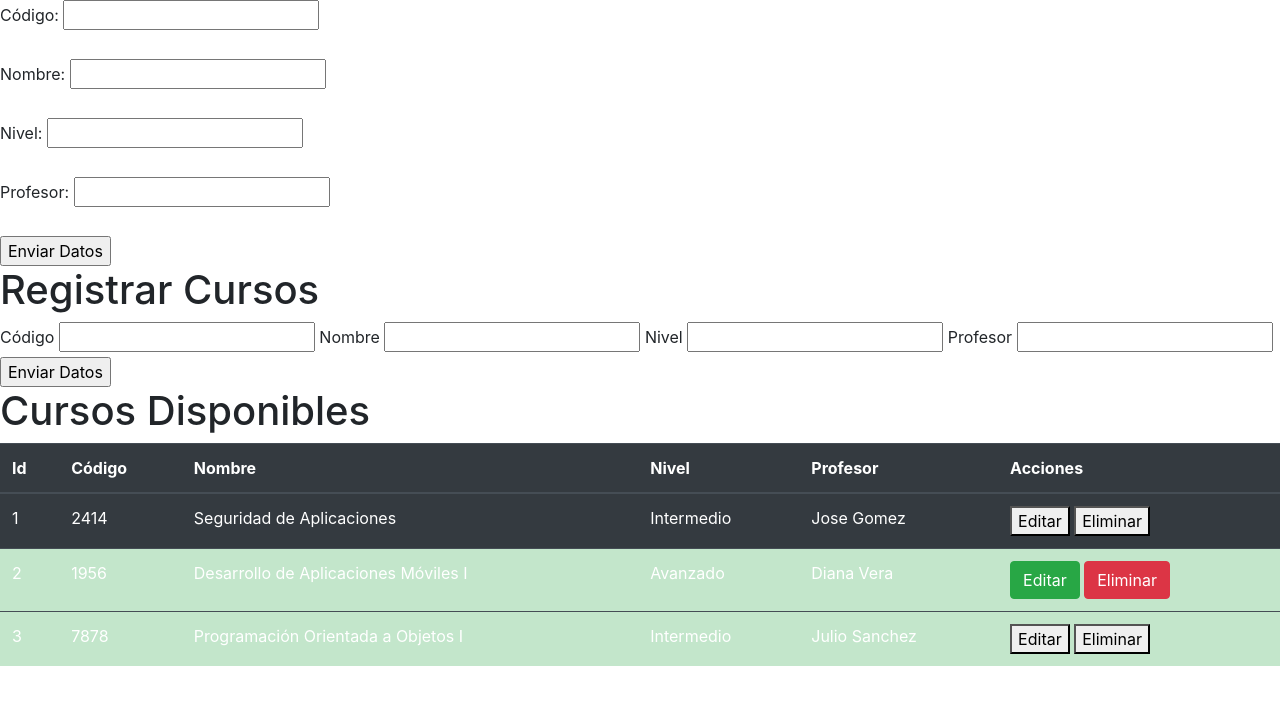
Repository: LuisCondori98/LP1-CIB
Page: http://localhost/Clase-01/demo.jsp
The author's editor kept a copy of each file at every save. The page is drawn from the files as they stood at one save, then again after the next save.
The browser window is 1280 px wide. The pictures show the whole page.
The page is served by Tomcat 9.

Above is the page before, as saved 2025-01-11 15:14:47.

### Clase-01/src/main/webapp/demo.jsp
<%@ page language="java" contentType="text/html; charset=ISO-8859-1"
    pageEncoding="ISO-8859-1"%>
<!DOCTYPE html>
<html>
<head>
<meta charset="ISO-8859-1">
<title>Insert title here</title>
<link rel="stylesheet" href="https://maxcdn.bootstrapcdn.com/font-awesome/4.7.0/css/font-awesome.min.css">
<link rel="stylesheet" href="https://stackpath.bootstrapcdn.com/bootstrap/4.4.1/css/bootstrap.min.css">

</head>
<body>
	<form action="RegistrarCursoServlet" method="post">

        <label for="codigo">Código:</label>

        <input type="text" id="codigo" name="codigo" required>

        <br><br>



        <label for="nombre">Nombre:</label>

        <input type="text" id="nombre" name="nombre" required>

        <br><br>



        <label for="nivel">Nivel:</label>

        <input type="text" id="nivel" name="nivel" required>

        <br><br>



        <label for="profesor">Profesor:</label>

        <input type="text" id="profesor" name="profesor" required>

        <br><br>



        <input type="submit" value="Enviar Datos">

    </form>

<h1>Registrar Cursos</h1>

    <form action="RegistrarCursoServlet" method="post">

        <label for="codigo">Código</label>

        <input type="text" id="codigo" name="codigo" required>



        <label for="nombre">Nombre</label>

        <input type="text" id="nombre" name="nombre" required>



        <label for="nivel">Nivel</label>

        <input type="text" id="nivel" name="nivel" required>



        <label for="profesor">Profesor</label>

        <input type="text" id="profesor" name="profesor" required>



        <input type="submit" value="Enviar Datos">

    </form>
	<h1>Cursos Disponibles</h1>

    <table class="table table-dark table-striped-columns">

        <thead>

            <tr >

                <th>Id</th>

                <th>Código</th>

                <th>Nombre</th>

                <th>Nivel</th>

                <th>Profesor</th>

                <th>Acciones</th>

            </tr>

        </thead>

        <tbody>

            <tr>

                <td>1</td>

                <td>2414</td>

                <td>Seguridad de Aplicaciones</td>

                <td>Intermedio</td>

                <td>Jose Gomez</td>

                <td class="acciones">

                    <button>Editar</button>

                    <button>Eliminar</button>

                </td>

            </tr>

            <tr class="table-success">

                <td>2</td>

                <td>1956</td>

                <td>Desarrollo de Aplicaciones Móviles I</td>

                <td>Avanzado</td>

                <td>Diana Vera</td>

                <td class="acciones">

                    <button class="btn btn-success">Editar</button>

                    <button class="btn btn-danger">Eliminar</button>

                </td>

            </tr>

            <tr class="table-success">

                <td>3</td>

                <td>7878</td>

                <td>Programación Orientada a Objetos I</td>

                <td>Intermedio</td>

                <td>Julio Sanchez</td>

                <td class="acciones">

                    <button>Editar</button>

                    <button>Eliminar</button>

                </td>

            </tr>

        </tbody>

    </table>
</body>
</html>

After the next save:
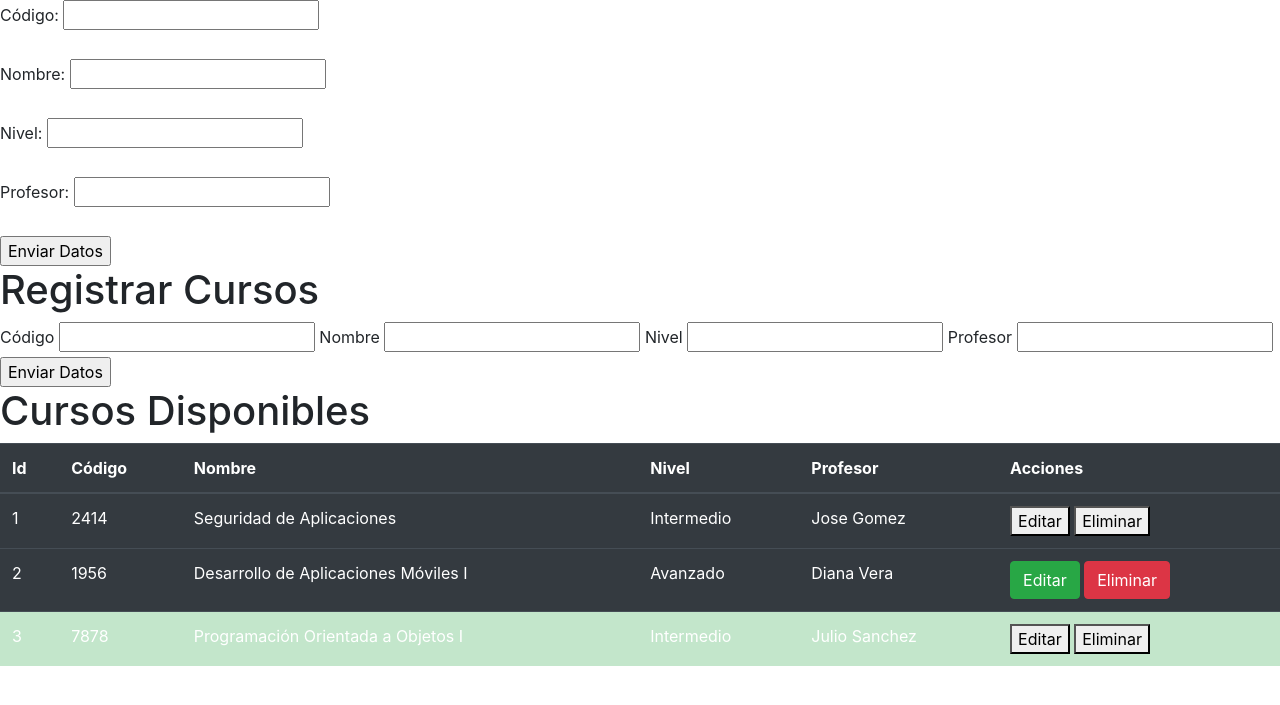
Saved 4 s later.
--- a/Clase-01/src/main/webapp/demo.jsp
+++ b/Clase-01/src/main/webapp/demo.jsp
@@ -127,7 +127,7 @@
 
             </tr>
 
-            <tr class="table-success">
+            <tr>
 
                 <td>2</td>
 
